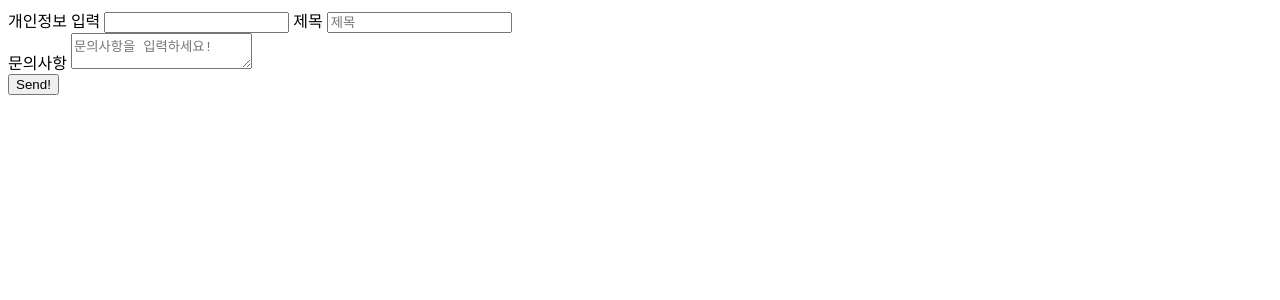
Repository: leeboseok/proposal-board
Page: http://localhost/ProposalSys/admincontact.jsp
An editor plug-in stored every save of this project. The page is shown before and after the next save, followed by the edit.
The browser window is 1280 px wide. The pictures show the whole page.
The page is served by Tomcat 9.

Above is the page before, as saved 2024-07-27 05:35:20.

After the next save:
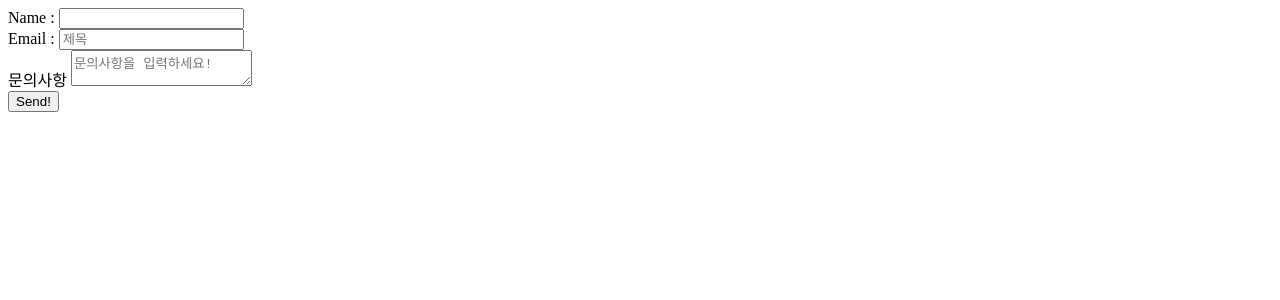
Saved 55 s later.
--- a/ProposalSys/src/main/webapp/admincontact.jsp
+++ b/ProposalSys/src/main/webapp/admincontact.jsp
@@ -8,8 +8,8 @@
 	</head>
 	<body>
 		<form method="get" action="admincontactprogress">
-			개인정보 입력
-			<input type=>
+			Name : <input type="text" name="name"><br>
+			Email : <input type="text" name="email"
 			제목
 			<input type="text" name="title" placeholder="제목"><br>
 			문의사항
